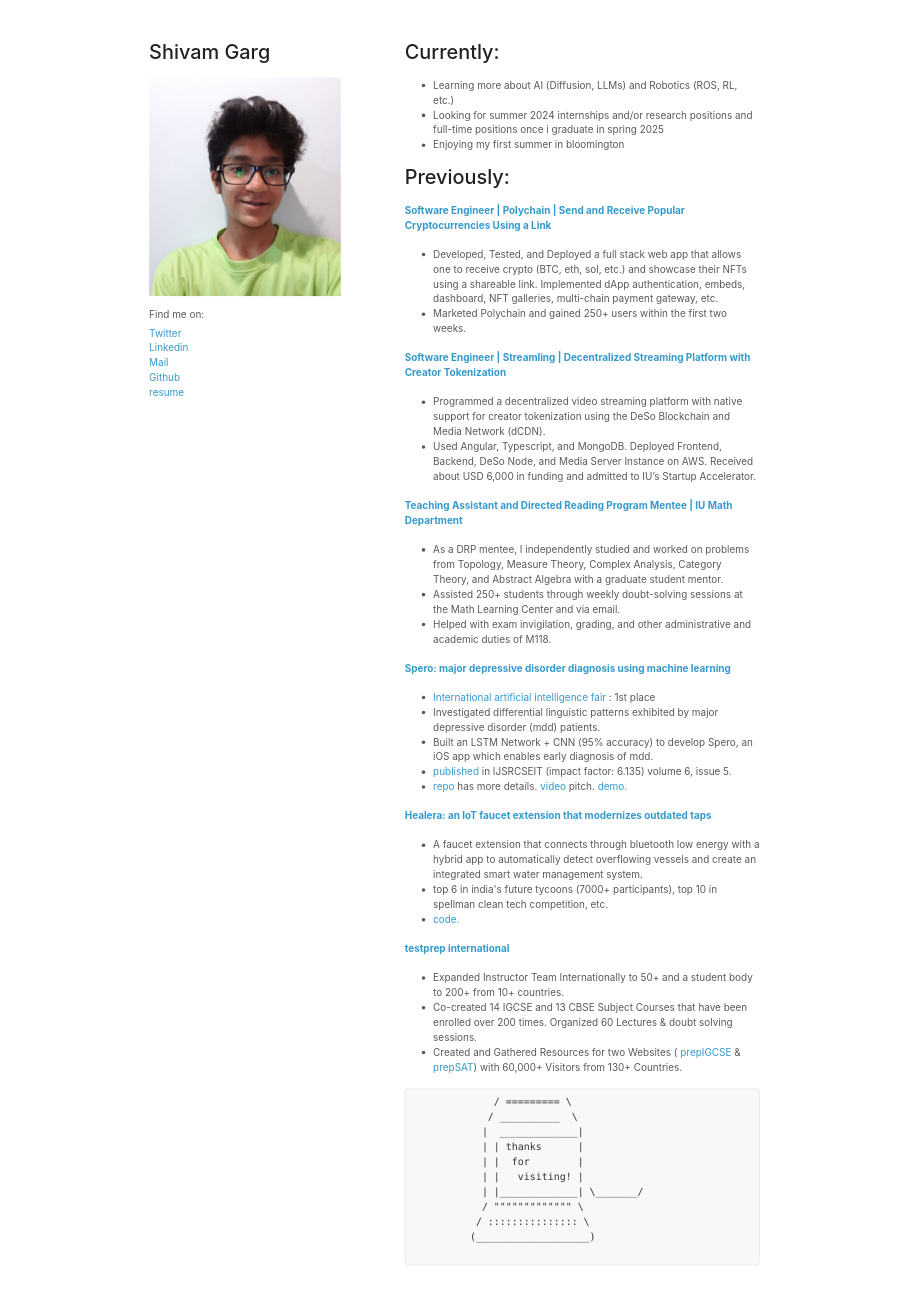
Repository: 22shivam/22shivam.github.io
Page: index.html
These files come from the project's save history. The page is drawn as it stood at one moment and after the next save; the edit follows.
The browser window is 1280 px wide. The pictures show the whole page, at 71% of full size.

Above is the page before, as saved 2024-06-17 19:19:10.

### index.html
<!doctype html>
<html>

<head>
  <meta charset="utf-8">
  <meta http-equiv="X-UA-Compatible" content="chrome=1">
  <title>Shivam Garg</title>

  <link rel="apple-touch-icon" sizes="180x180" href="assets/favicon/apple-touch-icon.png">
  <link rel="icon" type="image/png" sizes="32x32" href="assets/favicon/favicon-32x32.png">
  <link rel="icon" type="image/png" sizes="16x16" href="assets/favicon/favicon-16x16.png">
  <link rel="manifest" href="assets/favicon/site.webmanifest">
  <title>Shivam Garg</title>
  <meta charset="utf-8">
  <meta name="description" content="hi i am shivam! i love making and learning about new things">
  <meta name="keywords" content="Shivam Garg, Shivam, Personal Website, smgarg, Shivam Manish Garg">
  <link rel="author" href="https://plus.google.com/{{googlePlusId}}" />
  <!-- TODO: fix link below -->
  <link rel="canonical" href="/" />
  <meta name="author" content="Shivam Garg">


  <link rel="stylesheet" href="css/styles.css">
  <link rel="stylesheet" href="css/pygment_trac.css">
  <meta name="viewport" content="width=device-width">
  <!--[if lt IE 9]>
    <script src="//html5shiv.googlecode.com/svn/trunk/html5.js"></script>
    <![endif]-->
</head>

<body>
  <div class="wrapper">
    <header>
      <h1>Shivam Garg</h1>
      <img src="assets/publicPhoto.jpeg" alt="Shivam Garg" height="" width="">
      <p style="margin-bottom: 5px; margin-top: 10px;">Find me on:</p>
      <div class="view"><a href="https://twitter.com/smgarg_/" target="_blank">Twitter</a></div>
      <div class="view"><a href="https://www.linkedin.com/in/shivammgarg" target="_blank">Linkedin</a></div>
      <div class="view"><a href="mailto:shivamg2604@gmail.com" target="_blank">Mail</a></div>
      <div class="view"><a href="https://github.com/22shivam/" target="_blank">Github</a></div>
      <div class="view"><a href="/resume.pdf" target="_blank">resume</a></div>

    </header>
    <section>
      <h1>Currently:</h1>

      <ul>
        <li>Learning more about AI (Diffusion, LLMs) and Robotics (ROS, RL, etc.)</li>
        <li>Looking for summer 2024 internships and/or research positions and full-time positions once i graduate in
          spring 2025</li>
        <li>Enjoying my first summer in bloomington</li>
      </ul>


      <h1>Previously:</h1>

      <p><a href="#"><b>Software Engineer | Polychain | Send and Receive Popular Cryptocurrencies Using a Link</b></a>
      </p>
      <ul>
        <li> Developed, Tested, and Deployed a full stack web app that allows one to receive crypto (BTC, eth, sol,
          etc.) and
          showcase their NFTs using a shareable link. Implemented dApp authentication, embeds, dashboard, NFT galleries,
          multi-chain payment gateway, etc. </li>
        <li>Marketed Polychain and gained 250+ users within the first two weeks.</li>
      </ul>

      <p><a href="#"><b>Software Engineer | Streamling | Decentralized Streaming Platform with Creator
            Tokenization</b></a></p>
      <ul>
        <li>Programmed a decentralized video streaming platform with native support for creator tokenization using the
          DeSo
          Blockchain and Media Network (dCDN). </li>
        <li>Used Angular, Typescript, and MongoDB. Deployed Frontend, Backend, DeSo Node, and Media Server Instance on
          AWS. Received about USD 6,000 in funding and admitted to IU’s Startup Accelerator.</li>
      </ul>

      <p><a href="#"><b>Teaching Assistant and Directed Reading Program Mentee | IU Math Department</b></a></p>
      <ul>
        <li>As a DRP mentee, I independently studied and worked on problems from Topology, Measure Theory, Complex
          Analysis, Category Theory, and Abstract Algebra with a graduate student mentor. </li>
        <li>Assisted 250+ students through weekly doubt-solving sessions at the Math Learning Center and via email.</li>
        <li>Helped with exam invigilation, grading, and other administrative and academic duties of M118.</li>
      </ul>

      <p><a href="#"><b>Spero: major depressive disorder diagnosis using machine learning</b></a></p>
      <ul>
        <li><a href="https://www.facebook.com/watch/?v=3315503535234343" target="_blanket">International artificial
            intelligence fair </a>: 1st place</li>
        <li> Investigated differential linguistic patterns exhibited by major depressive disorder (mdd) patients. </li>
        <li> Built an LSTM Network + CNN (95% accuracy) to develop Spero, an iOS app which enables early diagnosis of
          mdd. </li>
        <li> <a href="https://drive.google.com/file/d/13emORumQpy178YOz-o1TLWc3oEMG_0Zk/view?usp=sharing"
            target="_blank">published</a> in IJSRCSEIT (impact factor: 6.135) volume 6, issue 5. </li>
        <li><a href="https://github.com/yumibyte/DepressionAnalysisApp" target="_blank">repo</a> has more details. <a
            href="https://youtu.be/BRpB7O93rG8" target="_blank">video </a>pitch. <a
            href="https://drive.google.com/file/d/1xZBEsI2Kvl0hXr1HkGOkEOxA6GYMHvkU/view?usp=sharing"
            target="_blank">demo.</a></li>
      </ul>

      <p><a href="#"><b>Healera: an IoT faucet extension that modernizes outdated taps</b></a></p>
      <ul>
        <li> A faucet extension that connects through bluetooth low energy with a hybrid app to automatically detect
          overflowing vessels and create an integrated smart water management system. </li>
        <li>top 6 in india's future tycoons (7000+ participants), top 10 in spellman clean tech competition, etc.</li>
        <li><a href="https://create.arduino.cc/editor/shivam26/1d686c51-6e04-4531-b3fc-80d3e8be87ea/preview"
            target="_blank">code.</a> </li>
      </ul>

      <p><a href="https://testprepintl.wixsite.com/testprep" target="_blank"><b>testprep international</b></a></p>
      <ul>
        <li>Expanded Instructor Team Internationally to 50+ and a student body to 200+ from 10+ countries.</li>
        <li>Co-created 14 IGCSE and 13 CBSE Subject Courses that have been enrolled over 200 times. Organized 60
          Lectures & doubt solving sessions. </li>
        <li>Created and Gathered Resources for two Websites ( <a href="https://igcse.school.blog/"
            target="_blank">prepIGCSE</a> & <a href="https://prepsatinfo.wordpress.com/" target="_blank">prepSAT</a>)
          with 60,000+ Visitors from 130+ Countries. </li>
      </ul>

      <!-- <p><a href="https://covidhope.litcot.org/" target="_blank"><b>the covidhope initiative</b></a></p>
      <ul>
        <li>recruited 17 editors and designers for the 216-page anthology and oversaw internal operations.</li>
        <li>released anthology in several online stores.</li>
        <li>recognised by <a
            href="https://www.unmgcy.org/youth-initiatives/2020/9/9/the-covidhope-initiative?fbclid=IwAR1hHeQ0HqLZF7lZqmeBwSabEhB1bpDe8zFZsVwr8dct0wwqOb93iT0AzrM"
            target="_blank">united nations major group for children and youth</a> and WHO's weekly operational update on
          covid-19 (<a
            href="https://www.who.int/publications/m/item/weekly-operational-update-on-covid-19---24-may-2021"
            target="_blank">issue 56</a>, page 7).</li>
      </ul> -->

      <!-- <p><a href="#"><b>this is actually a title placeholder</b></a></p>
        <ul>
            <li>bullet <b>1</b></li>
            <li>bullet 2</li>
            <li>bullet 3</li>
        </ul> -->

      <!-- <h1>essays:</h1>
      &#10024; fun stuff coming soon &#10024;
      <br>
      <br>

      <h1>reading list</h1>
      <ul>
        <li>the psychology of money by morgan housel </li>
        <li>the almanack of naval ravikant by eric jorgenson</li>
      </ul> -->

      <!-- <h1>random:</h1>
          <ul>
            <li>random 1:</li>
            <li>random 2:</li>
            <li>random 3:</li>
          </ul>

          <h1>features:</h1>
          <ul>
            <li>feature 1:</li>
            <li>feature 2:</li>
            <li>feature 3:</li>
          </ul>

          <h1>gallery:</h1>
          <ul>
            <li>feature 1:</li>
            <li>feature 2:</li>
            <li>feature 3:</li>
          </ul> -->




      <pre>
             / ========= \
            / __________  \
           |  _____________|
           | | thanks      |
           | |  for        |
           | |   visiting! |
           | |_____________| \_______/
           / """"""""""""" \
          / ::::::::::::::: \
         (___________________)
        </pre>
    </section>
    <footer>
      <!-- <p><small>Last Updated: August 21, 2021</small></p> -->
    </footer>
  </div>
  <script src="js/scale.fix.js"></script>
</body>

</html>

### css/styles.css
body {
  background-color: #fff;
  padding:50px;
  font: 14px/1.5 -apple-system, BlinkMacSystemFont, "Segoe UI", Roboto, Oxygen, Ubuntu, Cantarell, "Fira Sans", "Droid Sans", "Helvetica Neue", Arial, sans-serif, "Apple Color Emoji", "Segoe UI Emoji", "Segoe UI Symbol";
  color:#595959;
  font-weight:400;
}

h1, h2, h3, h4, h5, h6 {
  color:#222;
  margin:0 0 20px;
}

p, ul, ol, table, pre, dl {
  margin:0 0 20px;
}

h1, h2, h3 {
  line-height:1.1;
}

h1 {
  font-size:28px;
  font-weight: 500;
}

h2 {
  color:#393939;
  font-weight: 500;
}

h3, h4, h5, h6 {
  color:#494949;
  font-weight: 500;
}

a {
  color:#39c;
  text-decoration:none;
}

a:hover {
  color:#069;
}

a small {
  font-size:11px;
  color:#777;
  margin-top:-0.3em;
  display:block;
}

a:hover small {
  color:#777;
}

.wrapper {
  width:860px;
  margin:0 auto;
}

blockquote {
  border-left:1px solid #e5e5e5;
  margin:0;
  padding:0 0 0 20px;
  font-style:italic;
}

code, pre {
  font-family:Monaco, Bitstream Vera Sans Mono, Lucida Console, Terminal, Consolas, Liberation Mono, DejaVu Sans Mono, Courier New, monospace;
  color:#333;
}

pre {
  padding:8px 15px;
  background: #f8f8f8;
  border-radius:5px;
  border:1px solid #e5e5e5;
  overflow-x: auto;
}

table {
  width:100%;
  border-collapse:collapse;
}

th, td {
  text-align:left;
  padding:5px 10px;
  border-bottom:1px solid #e5e5e5;
}

dt {
  color:#444;
  font-weight:500;
}

th {
  color:#444;
}

img {
  max-width:100%;
}

header {
  width:270px;
  float:left;
  position:fixed;
  -webkit-font-smoothing:subpixel-antialiased;
}

header ul {
  list-style:none;
  height:40px;
  padding:0;
  background: #f4f4f4;
  border-radius:5px;
  border:1px solid #e0e0e0;
  width:270px;
}

header li {
  width:89px;
  float:left;
  border-right:1px solid #e0e0e0;
  height:40px;
}

header li:first-child a {
  border-radius:5px 0 0 5px;
}

header li:last-child a {
  border-radius:0 5px 5px 0;
}

header ul a {
  line-height:1;
  font-size:11px;
  color:#999;
  display:block;
  text-align:center;
  padding-top:6px;
  height:34px;
}

header ul a:hover {
  color:#999;
}

header ul a:active {
  background-color:#f0f0f0;
}

strong {
  color:#222;
  font-weight:500;
}

header ul li + li + li {
  border-right:none;
  width:89px;
}

header ul a strong {
  font-size:14px;
  display:block;
  color:#222;
}

section {
  width:500px;
  float:right;
  padding-bottom:50px;
}

small {
  font-size:11px;
}

hr {
  border:0;
  background:#e5e5e5;
  height:1px;
  margin:0 0 20px;
}

footer {
  width:270px;
  float:left;
  position:fixed;
  bottom:50px;
  -webkit-font-smoothing:subpixel-antialiased;
}

@media print, screen and (max-width: 960px) {

  div.wrapper {
    width:auto;
    margin:0;
  }

  header, section, footer {
    float:none;
    position:static;
    width:auto;
  }

  header {
    padding-right:320px;
  }

  section {
    border:1px solid #e5e5e5;
    border-width:1px 0;
    padding:20px 0;
    margin:0 0 20px;
  }

  header a small {
    display:inline;
  }

  header ul {
    position:absolute;
    right:50px;
    top:52px;
  }
}

@media print, screen and (max-width: 720px) {
  body {
    word-wrap:break-word;
  }

  header {
    padding:0;
  }

  header ul, header p.view {
    position:static;
  }

  pre, code {
    word-wrap:normal;
  }
}

@media print, screen and (max-width: 480px) {
  body {
    padding:15px;
  }

  header ul {
    width:99%;
  }

  header li, header ul li + li + li {
    width:33%;
  }
}

@media print {
  body {
    padding:0.4in;
    font-size:12pt;
    color:#444;
  }
}

### css/pygment_trac.css
.highlight  { background: #ffffff; }
.highlight .c { color: #999988; font-style: italic } /* Comment */
.highlight .err { color: #a61717; background-color: #e3d2d2 } /* Error */
.highlight .k { font-weight: bold } /* Keyword */
.highlight .o { font-weight: bold } /* Operator */
.highlight .cm { color: #999988; font-style: italic } /* Comment.Multiline */
.highlight .cp { color: #999999; font-weight: bold } /* Comment.Preproc */
.highlight .c1 { color: #999988; font-style: italic } /* Comment.Single */
.highlight .cs { color: #999999; font-weight: bold; font-style: italic } /* Comment.Special */
.highlight .gd { color: #000000; background-color: #ffdddd } /* Generic.Deleted */
.highlight .gd .x { color: #000000; background-color: #ffaaaa } /* Generic.Deleted.Specific */
.highlight .ge { font-style: italic } /* Generic.Emph */
.highlight .gr { color: #aa0000 } /* Generic.Error */
.highlight .gh { color: #999999 } /* Generic.Heading */
.highlight .gi { color: #000000; background-color: #ddffdd } /* Generic.Inserted */
.highlight .gi .x { color: #000000; background-color: #aaffaa } /* Generic.Inserted.Specific */
.highlight .go { color: #888888 } /* Generic.Output */
.highlight .gp { color: #555555 } /* Generic.Prompt */
.highlight .gs { font-weight: bold } /* Generic.Strong */
.highlight .gu { color: #800080; font-weight: bold; } /* Generic.Subheading */
.highlight .gt { color: #aa0000 } /* Generic.Traceback */
.highlight .kc { font-weight: bold } /* Keyword.Constant */
.highlight .kd { font-weight: bold } /* Keyword.Declaration */
.highlight .kn { font-weight: bold } /* Keyword.Namespace */
.highlight .kp { font-weight: bold } /* Keyword.Pseudo */
.highlight .kr { font-weight: bold } /* Keyword.Reserved */
.highlight .kt { color: #445588; font-weight: bold } /* Keyword.Type */
.highlight .m { color: #009999 } /* Literal.Number */
.highlight .s { color: #d14 } /* Literal.String */
.highlight .na { color: #008080 } /* Name.Attribute */
.highlight .nb { color: #0086B3 } /* Name.Builtin */
.highlight .nc { color: #445588; font-weight: bold } /* Name.Class */
.highlight .no { color: #008080 } /* Name.Constant */
.highlight .ni { color: #800080 } /* Name.Entity */
.highlight .ne { color: #990000; font-weight: bold } /* Name.Exception */
.highlight .nf { color: #990000; font-weight: bold } /* Name.Function */
.highlight .nn { color: #555555 } /* Name.Namespace */
.highlight .nt { color: #000080 } /* Name.Tag */
.highlight .nv { color: #008080 } /* Name.Variable */
.highlight .ow { font-weight: bold } /* Operator.Word */
.highlight .w { color: #bbbbbb } /* Text.Whitespace */
.highlight .mf { color: #009999 } /* Literal.Number.Float */
.highlight .mh { color: #009999 } /* Literal.Number.Hex */
.highlight .mi { color: #009999 } /* Literal.Number.Integer */
.highlight .mo { color: #009999 } /* Literal.Number.Oct */
.highlight .sb { color: #d14 } /* Literal.String.Backtick */
.highlight .sc { color: #d14 } /* Literal.String.Char */
.highlight .sd { color: #d14 } /* Literal.String.Doc */
.highlight .s2 { color: #d14 } /* Literal.String.Double */
.highlight .se { color: #d14 } /* Literal.String.Escape */
.highlight .sh { color: #d14 } /* Literal.String.Heredoc */
.highlight .si { color: #d14 } /* Literal.String.Interpol */
.highlight .sx { color: #d14 } /* Literal.String.Other */
.highlight .sr { color: #009926 } /* Literal.String.Regex */
.highlight .s1 { color: #d14 } /* Literal.String.Single */
.highlight .ss { color: #990073 } /* Literal.String.Symbol */
.highlight .bp { color: #999999 } /* Name.Builtin.Pseudo */
.highlight .vc { color: #008080 } /* Name.Variable.Class */
.highlight .vg { color: #008080 } /* Name.Variable.Global */
.highlight .vi { color: #008080 } /* Name.Variable.Instance */
.highlight .il { color: #009999 } /* Literal.Number.Integer.Long */

.type-csharp .highlight .k { color: #0000FF }
.type-csharp .highlight .kt { color: #0000FF }
.type-csharp .highlight .nf { color: #000000; font-weight: normal }
.type-csharp .highlight .nc { color: #2B91AF }
.type-csharp .highlight .nn { color: #000000 }
.type-csharp .highlight .s { color: #A31515 }
.type-csharp .highlight .sc { color: #A31515 }

Loaded but not shown: js/scale.fix.js (common file)

After the next save:
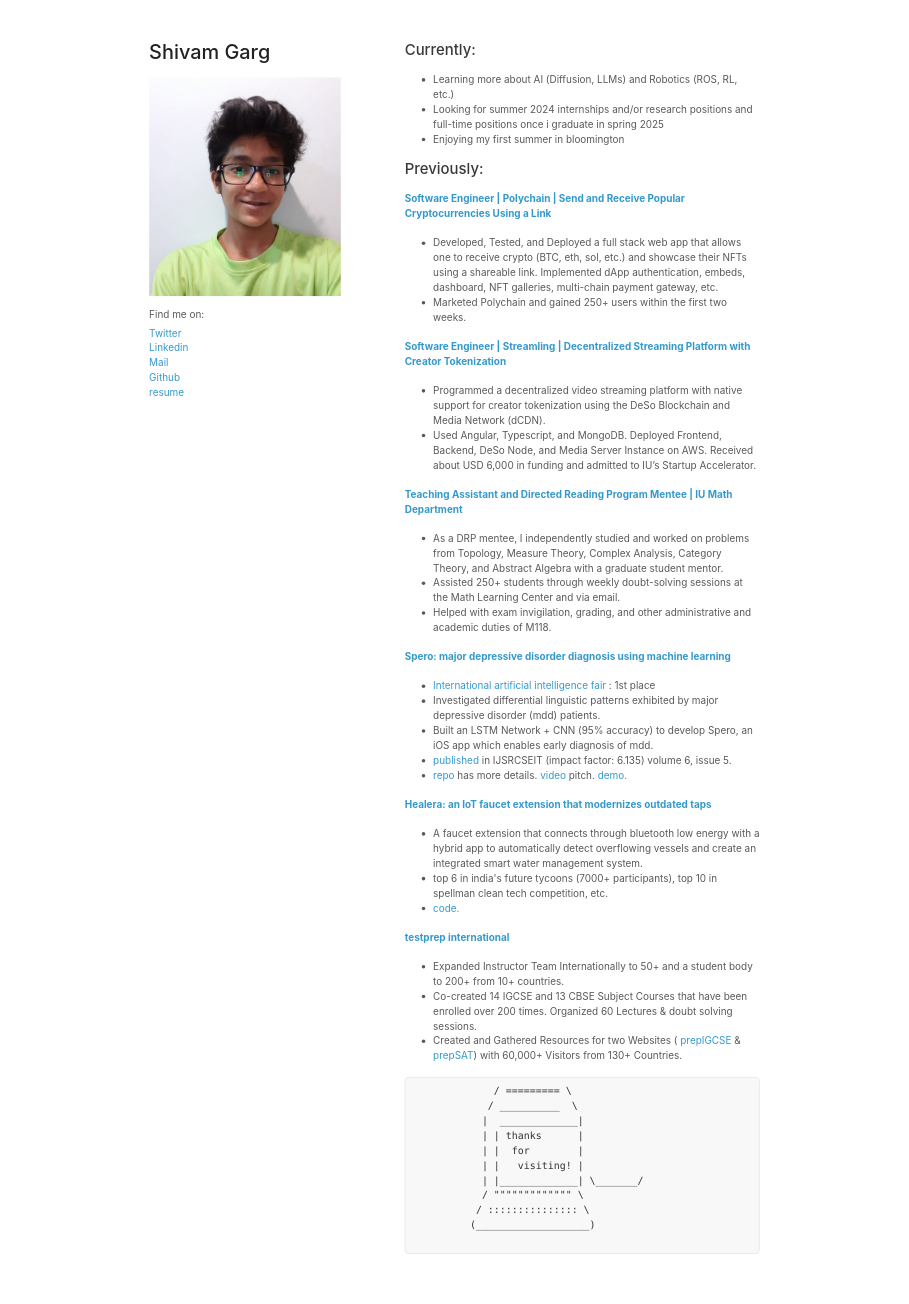
Saved 23 s later.
--- a/index.html
+++ b/index.html
@@ -42,7 +42,7 @@
 
     </header>
     <section>
-      <h1>Currently:</h1>
+      <h2>Currently:</h2>
 
       <ul>
         <li>Learning more about AI (Diffusion, LLMs) and Robotics (ROS, RL, etc.)</li>
@@ -52,7 +52,7 @@
       </ul>
 
 
-      <h1>Previously:</h1>
+      <h2>Previously:</h2>
 
       <p><a href="#"><b>Software Engineer | Polychain | Send and Receive Popular Cryptocurrencies Using a Link</b></a>
       </p>
